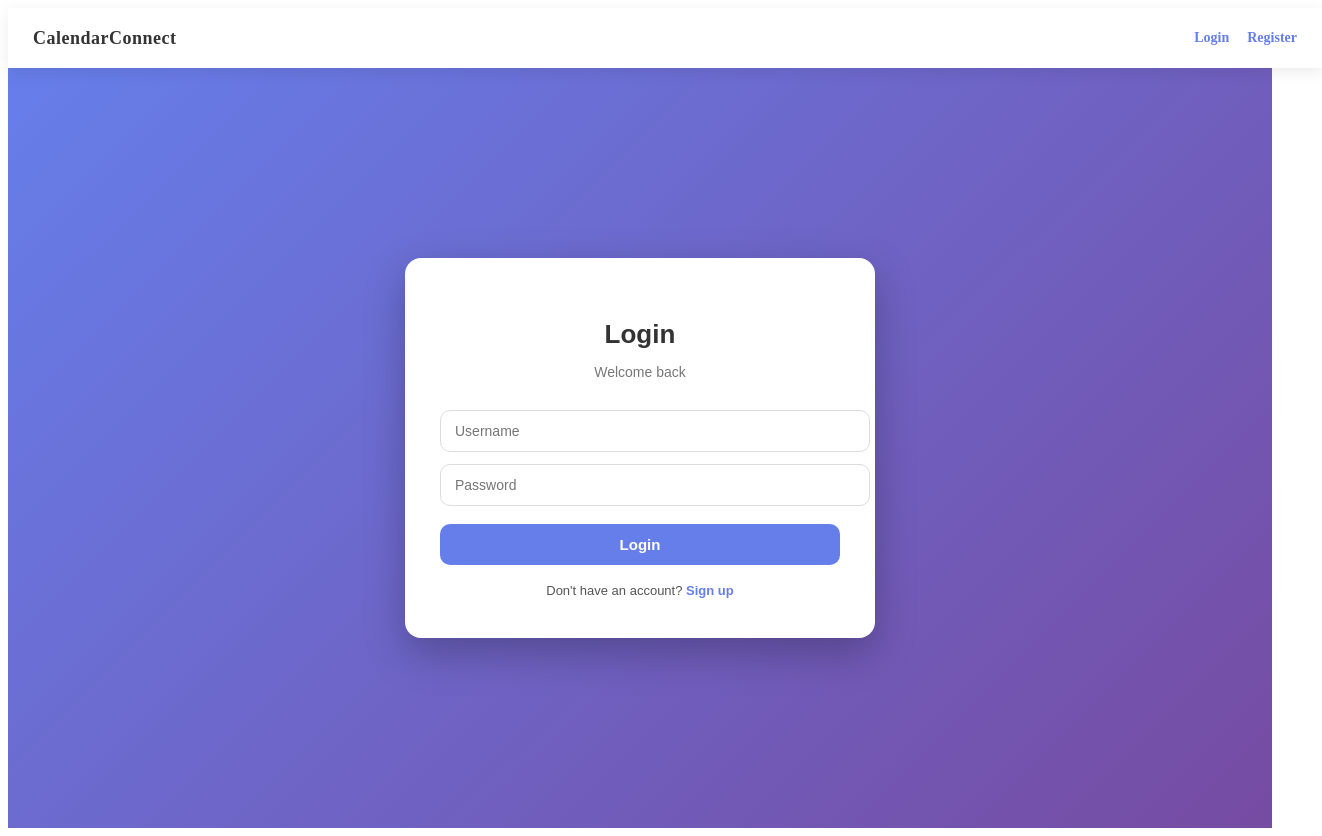
Repository: BMXracer44/CalendarConnect
Page: / (app in frontend/)
These files come from the project's save history. The page is drawn as it stood at one moment and after the next save; the edit follows.
The browser window is 1280 px wide. The page is 1322 px wide, then 1280 px, so the pictures cover 1322 px, including what lies to the right of the window. The pictures show the whole page.
The project was rebuilt for these pictures with package versions that can differ from the ones it lists, and the page was loaded fresh each time. Also part of the build but not shown: frontend/src/pages/Register.jsx, frontend/src/pages/Calendar.jsx.

Above is the page before, as saved 2026-04-14 10:04:41.

### frontend/src/index.js
import React from "react";
import ReactDOM from "react-dom/client";
import App from "./App";
import { AuthProvider } from "./context/AuthContext";
import { router } from "./router";
import { RouterProvider } from "react-router-dom";
import "./index.css";

ReactDOM.createRoot(document.getElementById("root")).render(
  <AuthProvider>
    <RouterProvider router={router} />
  </AuthProvider>
);

### frontend/src/App.js
import { Outlet } from "react-router-dom";
import Navbar from "./components/Navbar";
import "./index.css";

function App() {
  return (
    <div>
      <Navbar />
      <Outlet />
    </div>
  );
}

export default App;

### frontend/src/context/AuthContext.js
import { createContext, useState, useEffect } from "react";

export const AuthContext = createContext();

export const AuthProvider = ({ children }) => {
  const [user, setUser] = useState(null);

  // Load user from localStorage on refresh
  useEffect(() => {
    const token = localStorage.getItem("token");
    const username = localStorage.getItem("username");

    if (token && username) {
      setUser({ username, token });
    }
  }, []);

  // Login function
  const login = (data) => {
    localStorage.setItem("token", data.token);
    localStorage.setItem("username", data.username);

    setUser({
      username: data.username,
      token: data.token,
    });
  };

  // Logout function
  const logout = () => {
    localStorage.removeItem("token");
    localStorage.removeItem("username");
    setUser(null);
  };

  return (
    <AuthContext.Provider value={{ user, login, logout }}>
      {children}
    </AuthContext.Provider>
  );
};

### frontend/src/router.jsx
import { createBrowserRouter } from "react-router-dom";
import App from "./App";
import Login from "./pages/Login";
import Register from "./pages/Register";
import Home from "./pages/Home";
import Profile from "./pages/Profile";
import Calendar from "./pages/Calendar";

export const router = createBrowserRouter([
  {
    path: "/",
    element: <App />,
    children: [
      { index: true, element: <Login /> },
      { path: "register", element: <Register /> },
      { path: "home", element: <Home /> },
      { path: "calendar", element: <Calendar /> },
      { path: "profile", element: <Profile /> }
    ]
  }
]);

### frontend/src/index.css
/* =========================
   GLOBAL PAGE BACKGROUND
========================= */
.login-container {
  min-height: 100vh;
  display: flex;
  justify-content: center;
  align-items: center;
  padding: 20px;
  background: linear-gradient(135deg, #667eea, #764ba2);
  font-family: Arial, sans-serif;
}

/* =========================
   AUTH CARD (LOGIN + REGISTER)
========================= */
.login-card {
  width: 100%;
  max-width: 400px;
  background: #ffffff;
  padding: 40px 35px;
  border-radius: 16px;
  box-shadow: 0 15px 40px rgba(0, 0, 0, 0.25);
  text-align: center;
  animation: fadeIn 0.4s ease-in-out;
}

/* Card animation */
@keyframes fadeIn {
  from {
    opacity: 0;
    transform: translateY(15px);
  }
  to {
    opacity: 1;
    transform: translateY(0);
  }
}

/* =========================
   HEADINGS
========================= */
.login-card h2 {
  font-size: 26px;
  margin-bottom: 8px;
  color: #333;
}

.login-card p {
  font-size: 14px;
  color: #777;
  margin-bottom: 18px;
}

/* =========================
   INPUT FIELDS
========================= */
.login-card input {
  width: 100%;
  padding: 12px 14px;
  margin-top: 12px;
  border: 1px solid #ddd;
  border-radius: 10px;
  font-size: 14px;
  outline: none;
  transition: all 0.25s ease;
}

/* Focus effect */
.login-card input:focus {
  border-color: #667eea;
  box-shadow: 0 0 8px rgba(102, 126, 234, 0.35);
}

/* =========================
   BUTTON
========================= */
.login-card button {
  width: 100%;
  padding: 12px;
  margin-top: 18px;
  background: #667eea;
  color: white;
  border: none;
  border-radius: 10px;
  font-size: 15px;
  font-weight: bold;
  cursor: pointer;
  transition: all 0.2s ease;
}

/* Hover effect */
.login-card button:hover {
  background: #5a67d8;
  transform: translateY(-2px);
}

/* =========================
   ERROR & SUCCESS MESSAGES
========================= */
.error-text {
  color: #e74c3c;
  font-size: 13px;
  margin-top: 10px;
}

.success-text {
  color: #2ecc71;
  font-size: 13px;
  margin-top: 10px;
}

/* =========================
   BOTTOM TEXT LINKS
========================= */
.bottom-text {
  margin-top: 18px;
  font-size: 13px;
  color: #555;
}

.bottom-text a {
  color: #667eea;
  font-weight: bold;
  text-decoration: none;
}

.bottom-text a:hover {
  text-decoration: underline;
}

/* =========================
   REGISTER SPACING (optional)
========================= */
.register-extra-spacing input {
  margin-top: 14px;
}
/* =========================
   NAVBAR
========================= */

.navbar {
  width: 100%;
  height: 60px;
  display: flex;
  justify-content: space-between;
  align-items: center;
  padding: 0 25px;

  background: rgba(255, 255, 255, 0.95);
  backdrop-filter: blur(10px);

  box-shadow: 0 4px 15px rgba(0, 0, 0, 0.08);
  position: sticky;
  top: 0;
  z-index: 1000;
}

/* LEFT SIDE (brand) */
.navbar-left {
  font-size: 18px;
  font-weight: bold;
  color: #333;
  letter-spacing: 0.5px;
}

/* RIGHT SIDE */
.navbar-right {
  display: flex;
  align-items: center;
  gap: 18px;
}

/* LINKS */
.nav-link {
  text-decoration: none;
  font-size: 14px;
  font-weight: 600;
  color: #667eea;
  transition: 0.2s ease;
}

.nav-link:hover {
  color: #5a67d8;
  transform: translateY(-1px);
}

/* USERNAME */
.nav-user {
  font-weight: 600;
  font-size: 14px;
  color: #333;
  padding: 6px 10px;
  border-radius: 8px;
  background: #f4f6ff;
}

/* LOGOUT BUTTON */
.nav-button {
  background: #e74c3c;
  color: white;
  border: none;
  padding: 7px 12px;
  border-radius: 8px;
  font-size: 13px;
  font-weight: bold;
  cursor: pointer;
  transition: 0.2s ease;
}

.nav-button:hover {
  background: #c0392b;
  transform: translateY(-1px);
}

### frontend/src/components/Navbar.jsx
import { useContext } from "react";
import { AuthContext } from "../context/AuthContext";
import { Link, useNavigate } from "react-router-dom";


const Navbar = () => {
  const { user, logout } = useContext(AuthContext);
  const navigate = useNavigate();

  const handleLogout = () => {
    logout();
    navigate("/");
  };

  return (
    <nav className="navbar">
      <div className="navbar-left">
        CalendarConnect
      </div>

      <div className="navbar-right">
        {!user ? (
          <>
            <Link to="/" className="nav-link">Login</Link>
            <Link to="/register" className="nav-link">Register</Link>
          </>
        ) : (
          <>
            <span className="nav-user">{user.username}</span>
            <button className="nav-button" onClick={handleLogout}>
              Logout
            </button>
          </>
        )}
      </div>
    </nav>
  );
};

export default Navbar;

### frontend/src/pages/Login.jsx
import React, { useState } from "react";
import { useNavigate } from "react-router-dom";

const Login = () => {
  const navigate = useNavigate();

  const [username, setUsername] = useState("");
  const [password, setPassword] = useState("");

  const [error, setError] = useState("");
  const [success, setSuccess] = useState("");

  const handleSubmit = async (e) => {
    e.preventDefault();

    try {
      const response = await fetch("http://localhost:8080/api/login", {
        method: "POST",
        headers: {
          "Content-Type": "application/json"
        },
        body: JSON.stringify({ username, password })
      });

      const data = await response.json();

      if (response.ok) {
        localStorage.setItem("token", data.token);

        setSuccess("Login successful!");
        setError("");

        setTimeout(() => {
          navigate("/dashboard");
        }, 1000);

      } else {
        setError(data.message || "Invalid login");
        setSuccess("");
      }

    } catch (err) {
      setError("Server not reachable");
      setSuccess("");
    }
  };

  return (
    <div className="login-container">
      <div className="login-card">

        <h2>Login</h2>
        <p>Welcome back</p>

        {error && <p className="error-text">{error}</p>}
        {success && <p className="success-text">{success}</p>}

        <form onSubmit={handleSubmit}>
          <input
            type="text"
            placeholder="Username"
            value={username}
            onChange={(e) => setUsername(e.target.value)}
            required
          />

          <input
            type="password"
            placeholder="Password"
            value={password}
            onChange={(e) => setPassword(e.target.value)}
            required
          />

          <button type="submit">Login</button>
        </form>

        <div className="bottom-text">
          Don't have an account? <a href="/register">Sign up</a>
        </div>

      </div>
    </div>
  );
};

export default Login;

Loaded but not shown: frontend/src/pages/Home.jsx (no stored copy; drawn as an empty file); frontend/src/pages/Profile.jsx (no stored copy; drawn as an empty file)

After the next save:
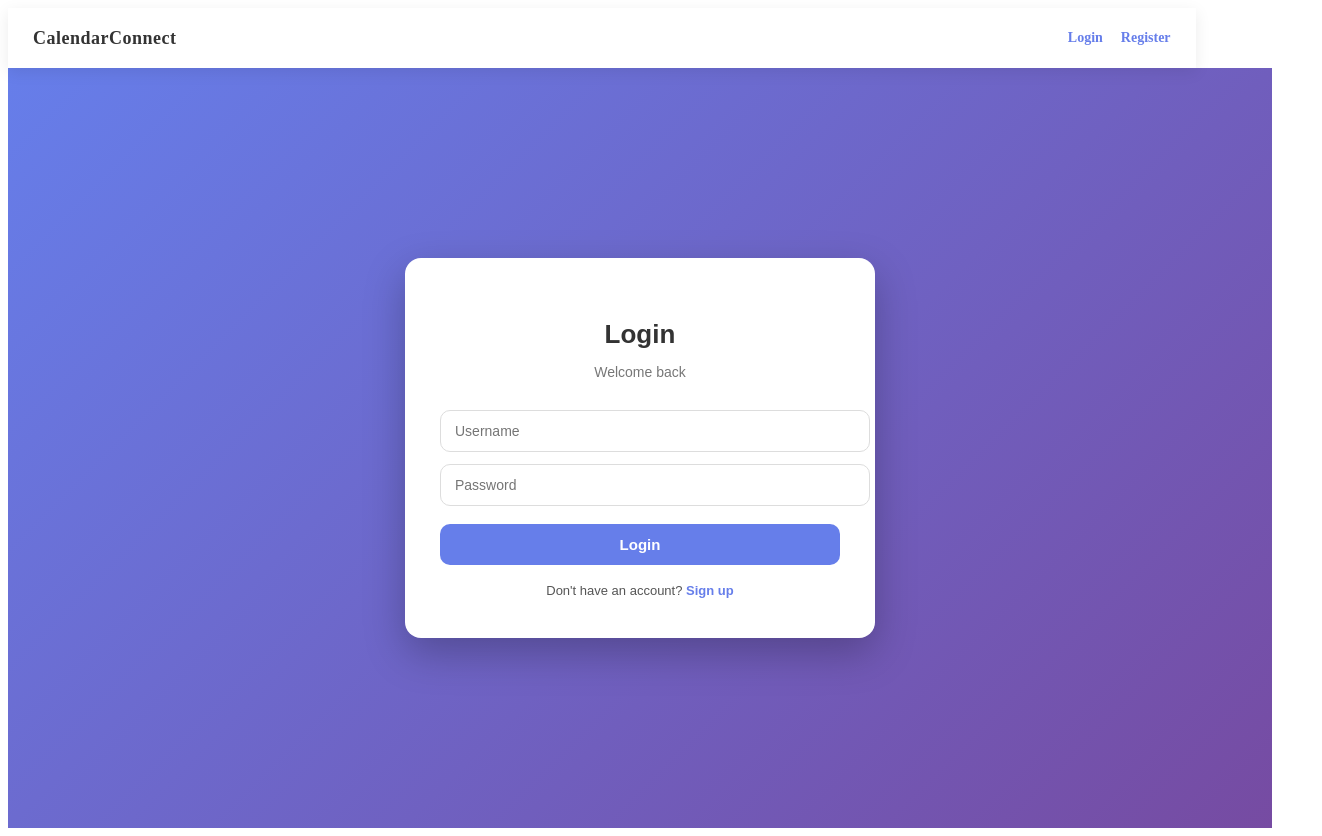
Saved 33 s later.
--- a/frontend/src/index.css
+++ b/frontend/src/index.css
@@ -140,7 +140,7 @@
 ========================= */
 
 .navbar {
-  width: 100%;
+  width: 90%;
   height: 60px;
   display: flex;
   justify-content: space-between;
